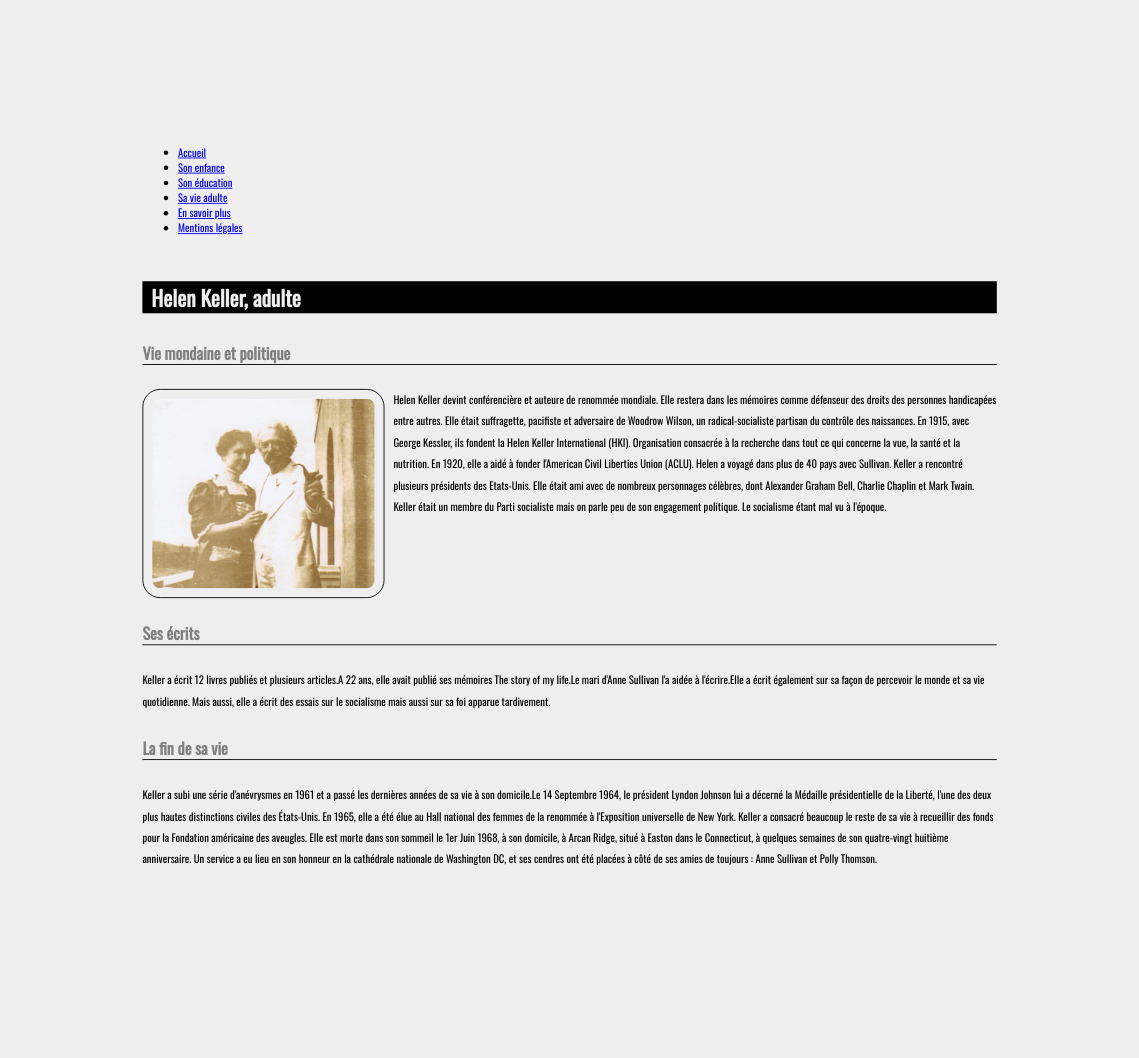
Repository: Luc010/Exercices
Page: HTML CSS/biographie_helen_keller/adulte.html
An editor plug-in stored every save of this project. The page is shown before and after a run of saves, followed by the edit.
The browser window is 1280 px wide. The pictures show the whole page, at 89% of full size.

Above is the page before, as saved 2019-09-04 15:11:04.

After the next 2 saves:
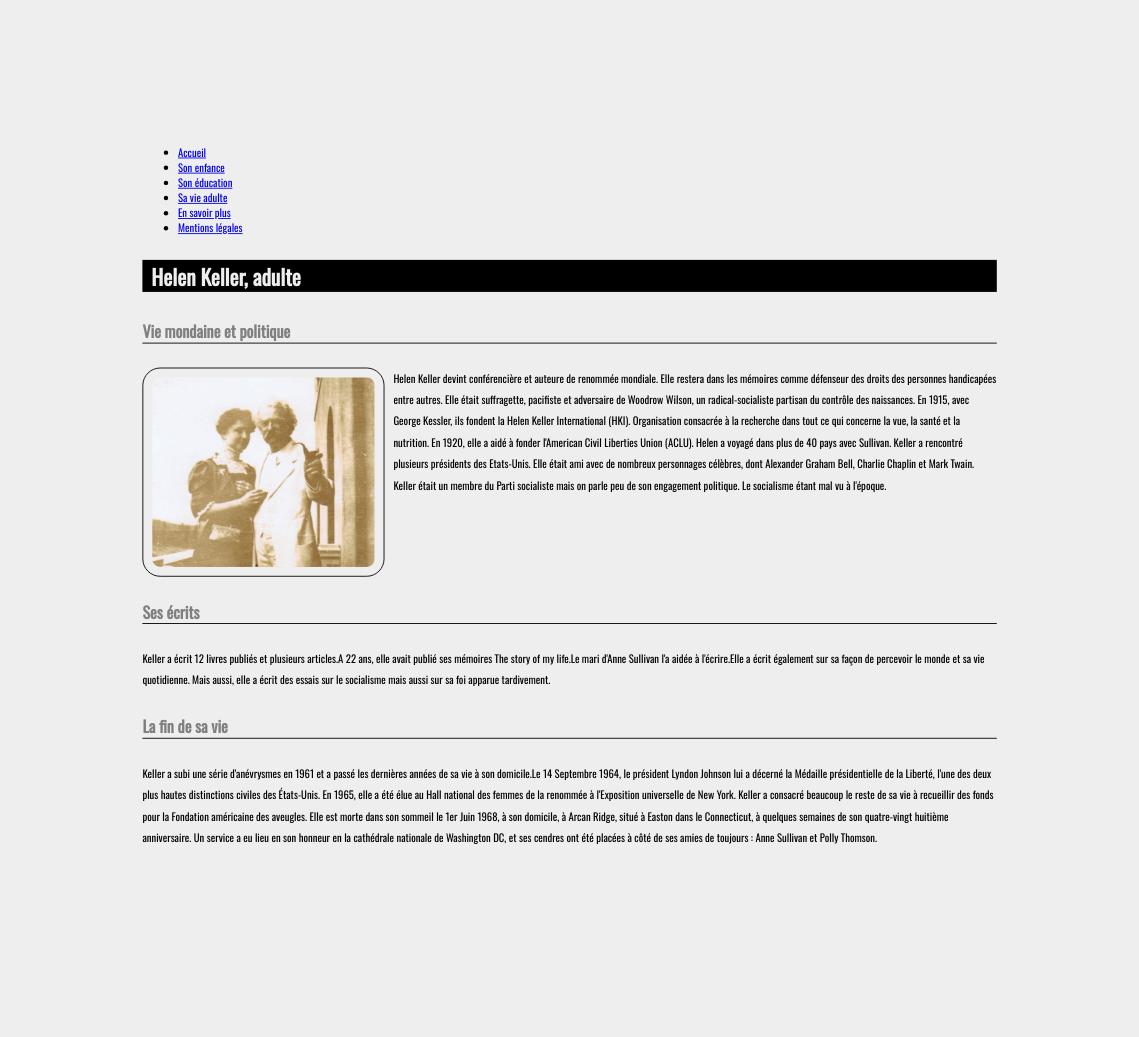
The 2 saves are shown as one change because they came seconds apart.
The last was saved 6 s later.
--- a/HTML CSS/biographie_helen_keller/adulte.html
+++ b/HTML CSS/biographie_helen_keller/adulte.html
@@ -10,7 +10,7 @@
 <body>
     <header>
     </header>
-    <div class="container">
+    <na class="container">
         <ul>
             <li><a href="index.html">Accueil</a></li>
             <li><a href="enfance.html">Son enfance</a></li>
